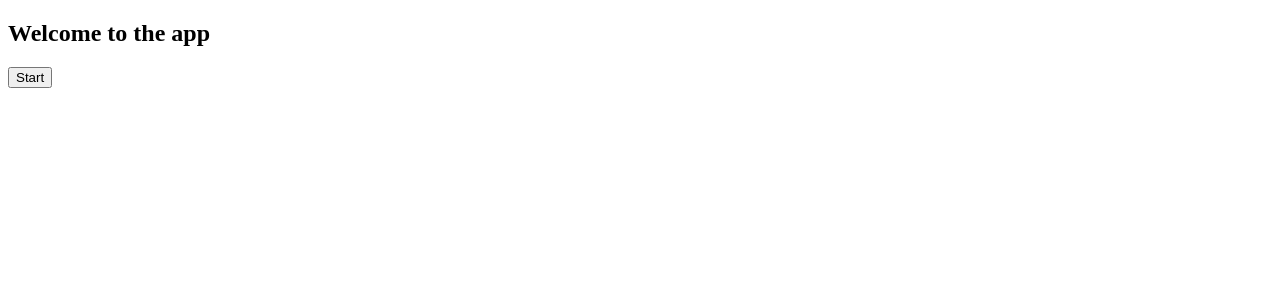
Repository: RenataDzotova/Trivia-BCIT
Page: index.html
These files come from the project's save history. The page is drawn as it stood at one moment and after a run of saves; the edit follows.
The browser window is 1280 px wide. The pictures show the whole page.
The page's requests for data from a server got no answer.

Above is the page before, as saved 2022-10-24 12:14:24.

### index.html
<!DOCTYPE html>
<html lang="en">
<head>
    <meta charset="UTF-8">
    <meta http-equiv="X-UA-Compatible" content="IE=edge">
    <meta name="viewport" content="width=device-width, initial-scale=1.0">
    <title>Document</title>
    <!-- <script src="./index.js"></script> -->
</head>
<body>
    <h2>Welcome to the app</h2>
    <button >Start</button>

</body>
<script>
    // alert("Welcome to the BCIT Teacher Quiz");
    // var username = window.prompt("Your Name?")
    // alert("Welcome to THE QUIZ, " + username + "!");


    //Chris Wrote This ==>
    const res = fetch(`http://localhost:3000/someData`).then(async (data)=>{
        console.log(await data.json())
    })
    //<== Chris Wrote This


    var score = Math.max(0);

    //questions
    var questions = [
      {
        question: "Which fact is false about Darinka?",
        q1: "a) Has travelled to 35+ countries",
        q2: "b) Favourite holiday is Christmas",
        q3: "c) Had 2 pet spider monkeys at home",
        q4: "d) Dug up dinosaurs in 2015 in Alberta",
        answer: "b"
      },
      {
        question: "Which fact is false about Amalia?",
        q1: " a) Can name all the US States in alphabetical order",
        q2: " b) Has met Prince Harry  ",
        q3: " c) I've seen Gilmore Girls 10 times through",
        q4: " d) Can't go to bed without a cup of tea every night",
        answer: "d"
      },
      {
        question: "Which fact is false about Chris?",
        q1: " a) He has watched Friends 10 times",
        q2: " b) He can speak chinese fluently",
        q3: " c) He can juggle with 4 balls",
        q4: " d) He has eaten frogs before",
        answer: "c"
      },
      {
        question: "Which fact is false about Wim?",
        q1: " a) He wears wet socks during summer",
        q2: " b) He is related to a Dutch Prince",
        q3: " c) He has goat milk hot chocolate with honey everyday",
        q4: " d) He was in a hacker group in the 80's",
        answer: "a"
      },
      {
        question: "Did you like the quiz?",
        q1: "yes",
        q2: "no",
        q3: "",
        q4: "",
        answer: "yes"
      }
    ];

    //LOOP
    // for (var i = 0; i < questions.length; i++) {
    //   var response = window.prompt(questions[i].question + "\n" + questions[i].q1 + "\n" + questions[i].q2 + "\n" + questions[i].q3 + "\n" + questions[i].q4 + "\n")
    //   if (response == questions[i].answer) {
    //     alert("correct! ");
    //     score++;
    //   }
    //   else {
    //     alert("wrong! ");
    //     if(score >= 1){
    //         score--;
    //     } else {
    //         score
    //     }

    //   }
    // }
    // alert("Your Score Is: " + score + "/5");
    //   console.log("-------------------");
    </script>
</html>

After the next 4 saves:
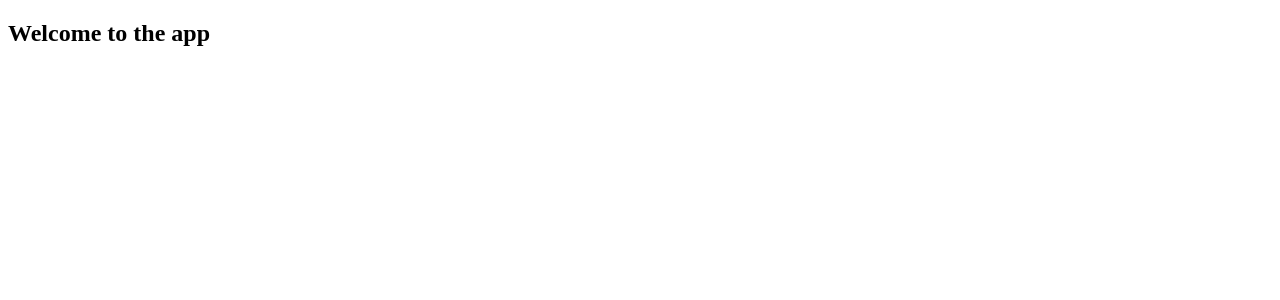
The 4 saves are shown as one change because they came seconds apart.
The last was saved 17 s later.
--- a/index.html
+++ b/index.html
@@ -9,8 +9,7 @@
 </head>
 <body>
     <h2>Welcome to the app</h2>
-    <button >Start</button>
-
+    <a href=res></a>
 </body>
 <script>
     // alert("Welcome to the BCIT Teacher Quiz");
